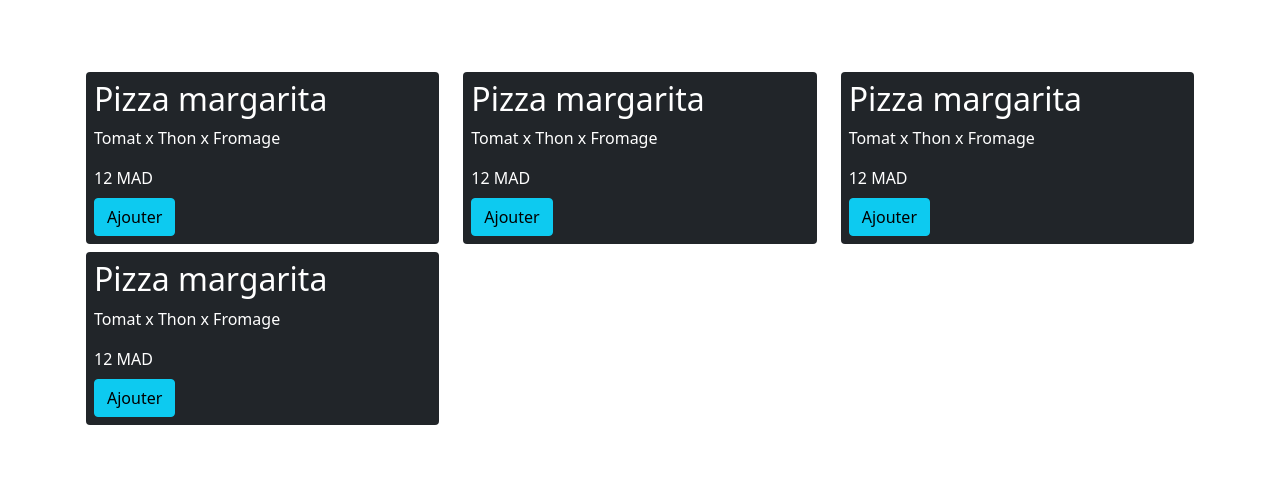
Repository: FS-23/my-restaurant
Page: /
These files come from the project's save history. The page is drawn as it stood at one moment and after the next save; the edit follows.
The browser window is 1280 px wide. The pictures show the whole page.
The project was rebuilt for these pictures with package versions that can differ from the ones it lists, and the page was loaded fresh each time.

Above is the page before, as saved 2022-04-29 13:49:35.

After the next save:
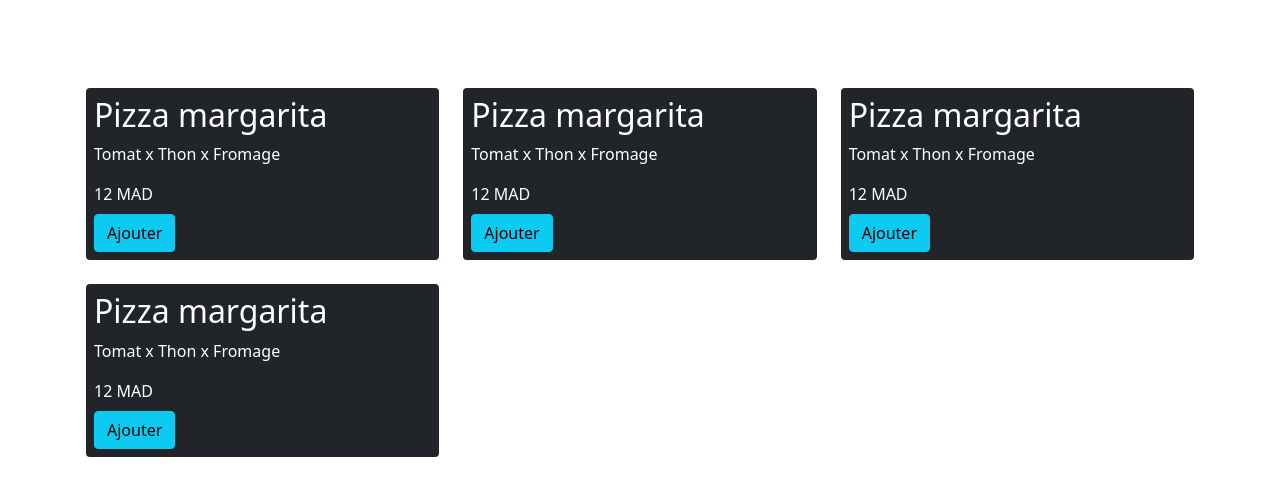
Saved 17 s later.
--- a/src/components/Plat.js
+++ b/src/components/Plat.js
@@ -1,7 +1,7 @@
 
 function Plat (props){
     return(
-        <div className=" col-1 col-sm-2 col-lg-4 mt-2" >
+        <div className=" col-1 col-sm-2 col-lg-4 mt-4" >
             <div className="bg-dark p-2 rounded">
                 <h2>{props.name} </h2>
                 <p> {props.ingredient}</p>
